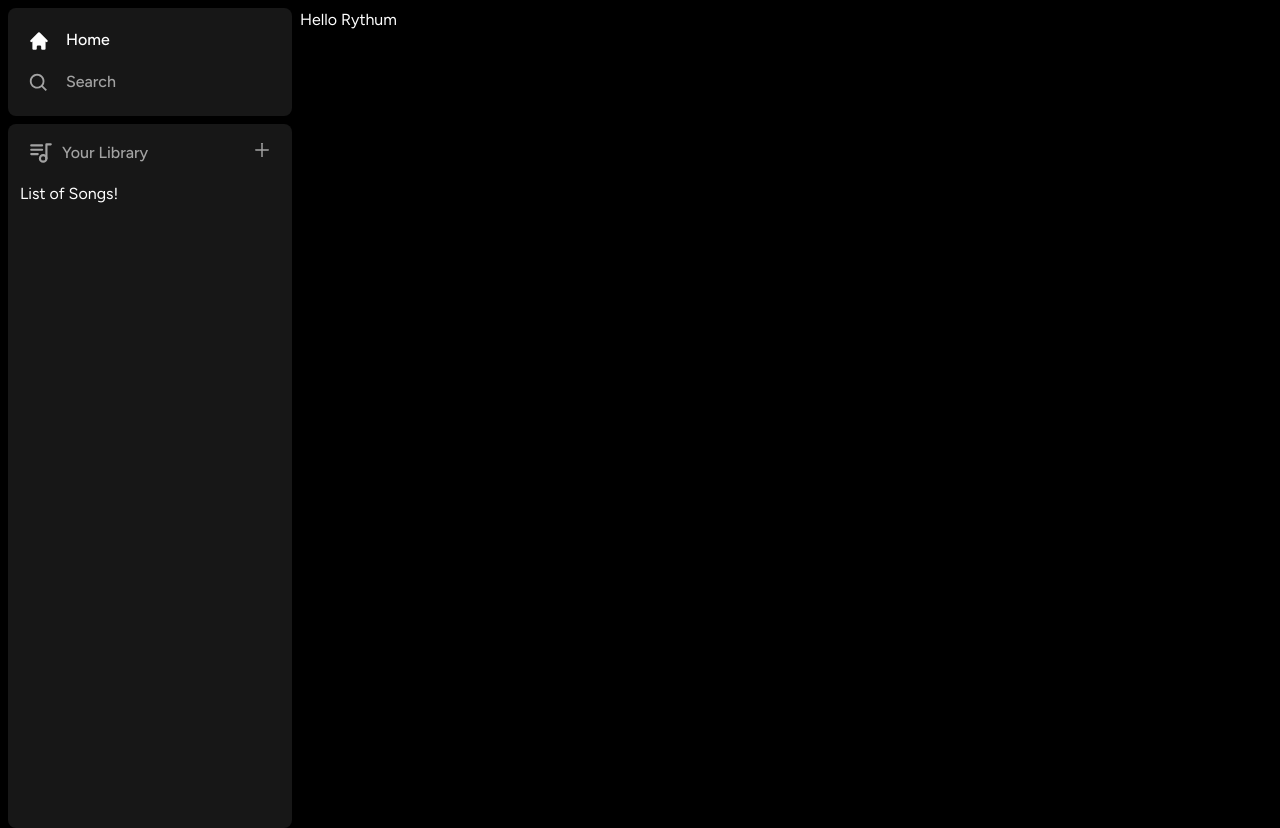
Repository: syni18/Rythum
Page: /
These files come from the project's save history. The page is drawn as it stood at one moment and after the next save; the edit follows.
The browser window is 1280 px wide. The pictures show the whole page.
The project was rebuilt for these pictures with package versions that can differ from the ones it lists, and the page was loaded fresh each time. The framework's server and built-in components were replaced by stand-ins that run in the browser. Also part of the build but not shown: next.config.js.

Above is the page before, as saved 2023-11-11 17:01:26.

After the next save:
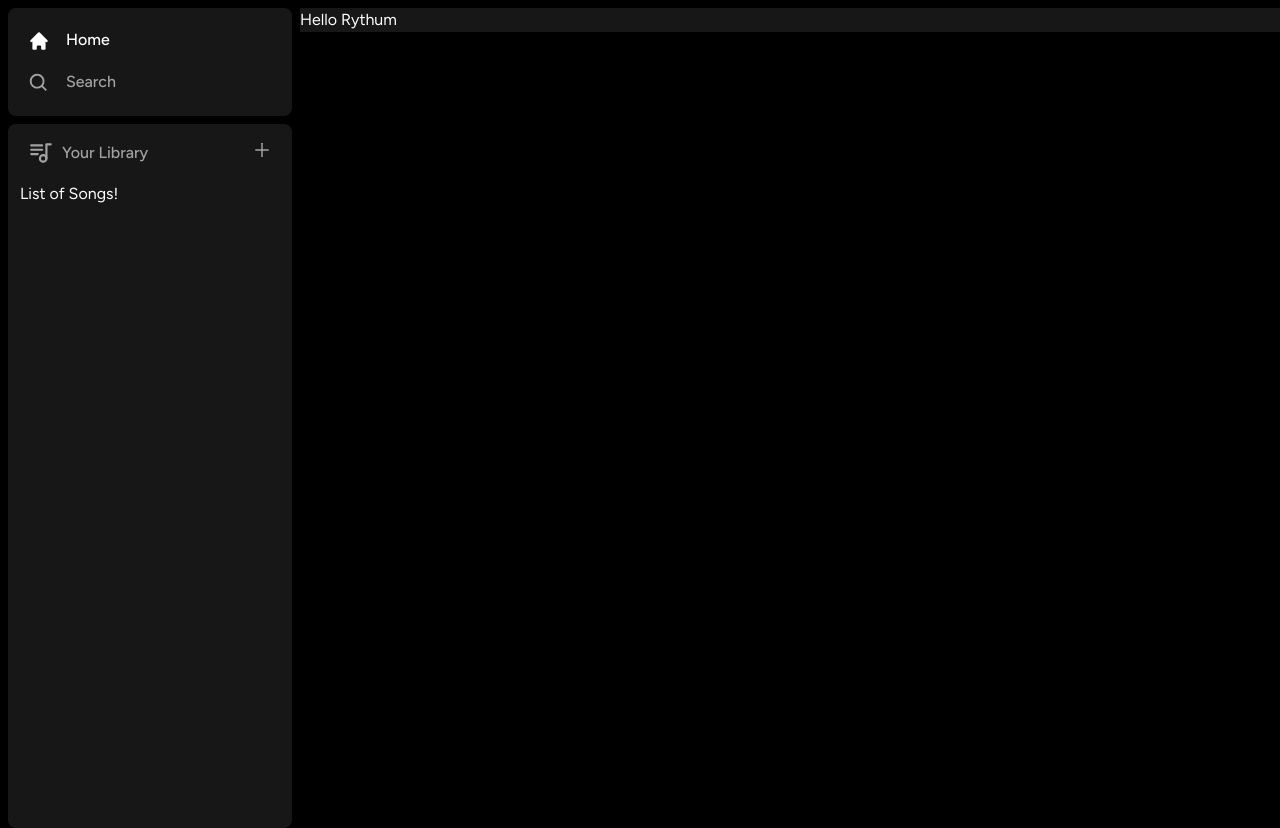
Saved 5 s later.
--- a/app/(site)/page.tsx
+++ b/app/(site)/page.tsx
@@ -1,6 +1,6 @@
 
 export default function Home() {
   return (
-    <div className="bg">Hello Rythum</div>
+    <div className="bg-neutral-900">Hello Rythum</div>
   )
 }
